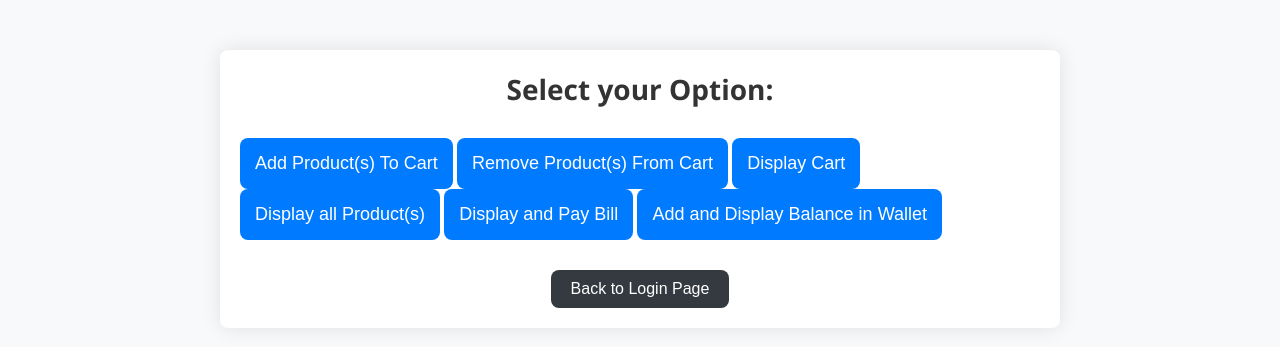
Repository: palakbari/Spring-MVC
Page: http://localhost/ShoppingSystem/customer_menu.jsp
An editor plug-in stored every save of this project. The page is shown before and after the next save, followed by the edit.
The browser window is 1280 px wide. The pictures show the whole page.
The page is served by Tomcat 9.

Above is the page before, as saved 2024-06-06 11:47:14.

After the next save:
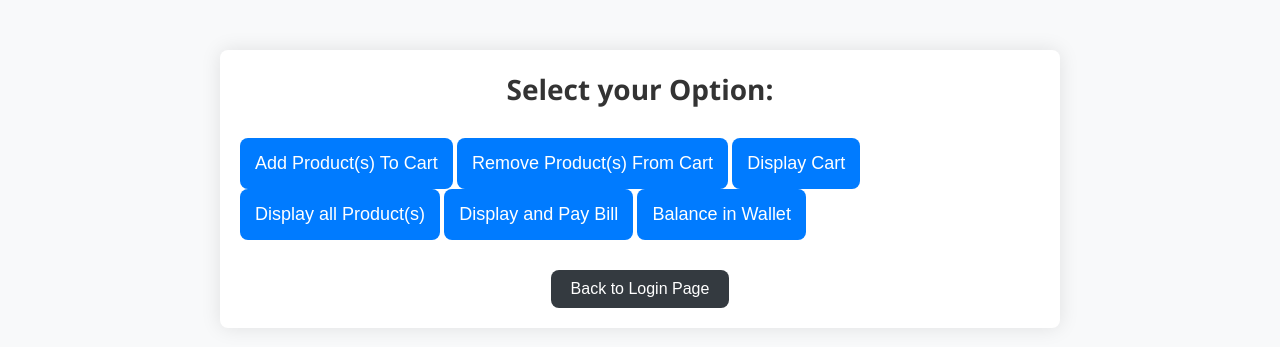
Saved 2 min 13 s later.
--- a/ShoppingSystem/src/main/webapp/customer_menu.jsp
+++ b/ShoppingSystem/src/main/webapp/customer_menu.jsp
@@ -81,7 +81,7 @@
                 <button onclick="form.action='displayProductsFromCart'" class="button">Display Cart</button>
                 <button onclick="form.action='displayProductsToCustomer'" class="button">Display all Product(s)</button>
                 <button onclick="form.action='displayandpayBill'" class="button">Display and Pay Bill</button>
-                <button onclick="form.action='addanddisplayBalance'" class="button">Add and Display Balance in Wallet</button>
+                <button onclick="form.action='balance'" class="button">Balance in Wallet</button>
             </form>
         </div>
         <div class="back-button">
